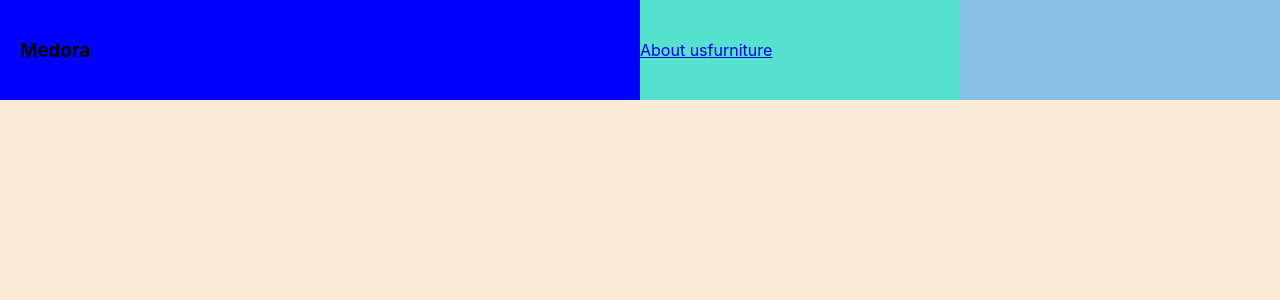
Repository: SbuKhoza/medora
Page: /
These files come from the project's save history. The page is drawn as it stood at one moment and after the next save; the edit follows.
The browser window is 1280 px wide. The pictures show the whole page.
The project was rebuilt for these pictures with package versions that can differ from the ones it lists, and the page was loaded fresh each time.

Above is the page before, as saved 2024-07-09 13:59:22.

### src/App.js

import './App.css';

function App() {
  return (

   <div className='container'>


    <div className='navleft'>

      <div className='icondiv'>
      <h3 className='icon'>Medora</h3>
      </div>


    </div>

    <div className='navcenter'>
      <div className='menucenter'>
      <a href='#'>About us</a>
      <a href='#'>furniture</a>
      </div>


    </div>

    <div className='navright'>

    </div>

  </div>
  );
}

export default App;

### src/App.css
body {
  background-color: antiquewhite;
}

.container {
  display: flex;
  height: 100vh;

}

.navleft {
  display: flex;
  width: 50%;
  height:100px;
  background-color: blue;
}

.navcenter {
  display: flex;
  width: 25%;
  height:100px;
  background-color: rgb(86, 224, 206);
}

.navright {
  display: flex;
  width: 25%;
  height:100px;
  background-color: rgb(137, 193, 230);
}

.icondiv {
  width: 40px;
  height: 40px;
  margin: 20px;

}

.menucenter {
  display: flex;
  flex-direction: row;
  align-items: center;
  text-align: center;
  justify-content: baseline;


}

Loaded but not shown: public/index.html (common file); src/index.js (common file); src/index.css (common file); src/reportWebVitals.js (common file)

After the next save:
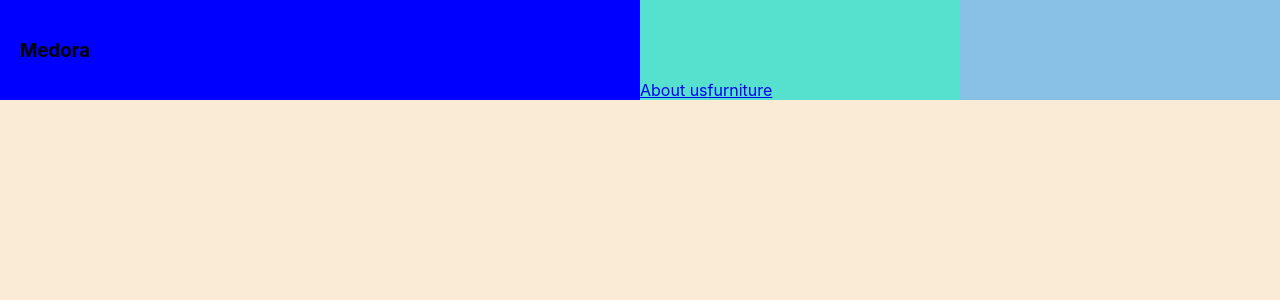
Saved 20 s later.
--- a/src/App.css
+++ b/src/App.css
@@ -39,7 +39,7 @@ body {
 .menucenter {
   display: flex;
   flex-direction: row;
-  align-items: center;
+  align-items: end;
   text-align: center;
   justify-content: baseline;
 
